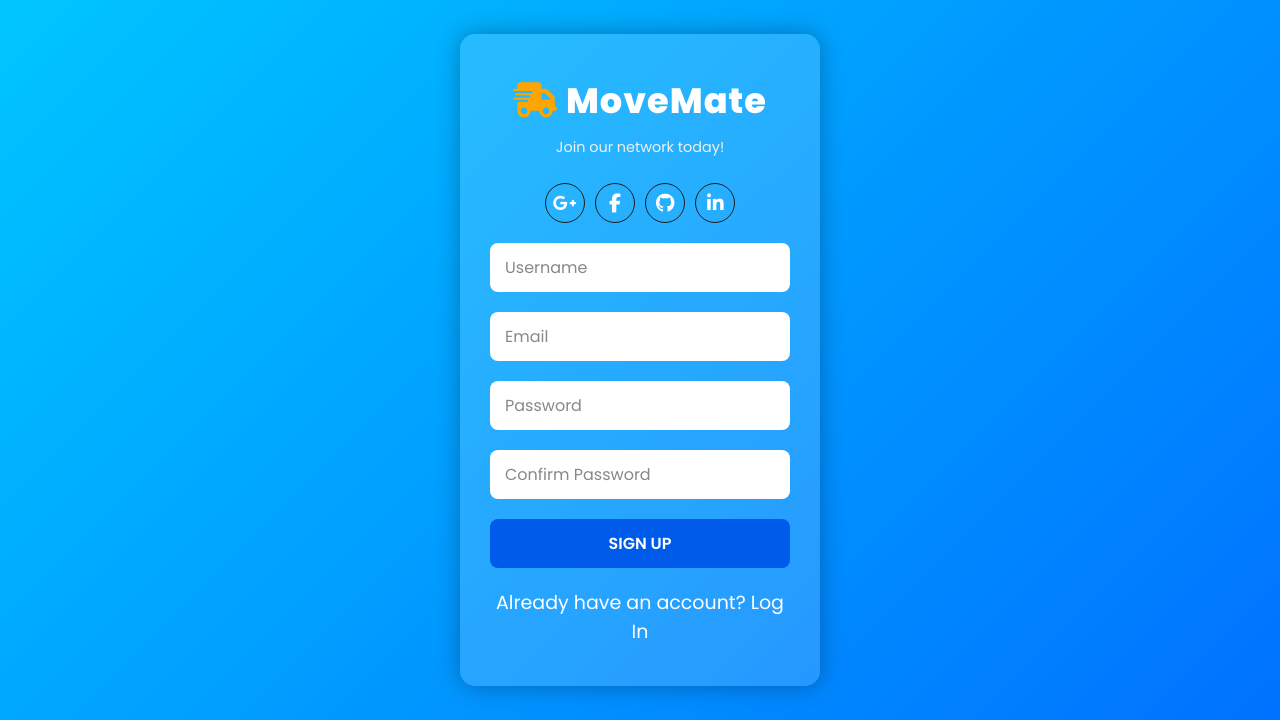
Repository: MoveMate7018/Slokdhorda7014
Page: registration.html
An editor plug-in stored every save of this project. The page is shown before and after the next save, followed by the edit.
The browser window is 1280 px wide. The pictures show the whole page.

Above is the page before, as saved 2025-10-27 14:55:51.

After the next save:
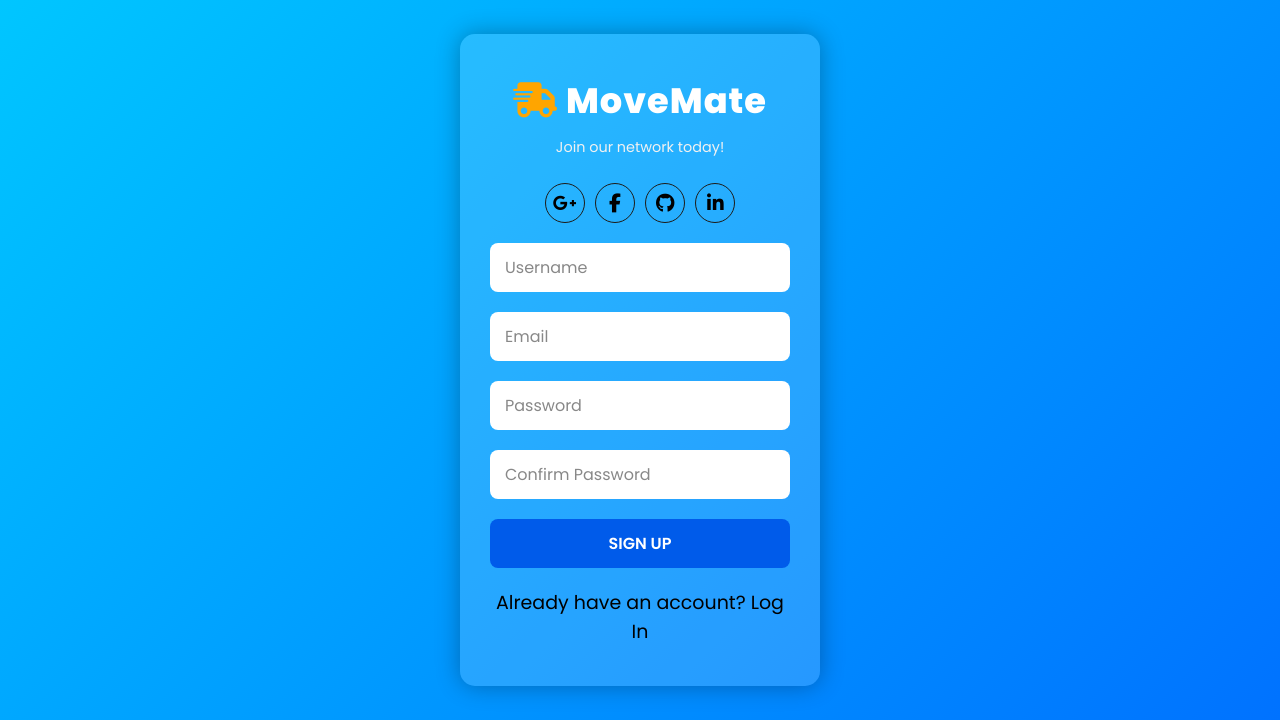
Saved 7 s later.
--- a/Assets/css/registration.css
+++ b/Assets/css/registration.css
@@ -201,7 +201,7 @@
          }
 
         .container a{
-         color: rgb(255, 255, 255);
+         color: rgb(0, 0, 0);
          font-size: 19px;
          text-decoration: none;
          margin: 15px 0 10px;
